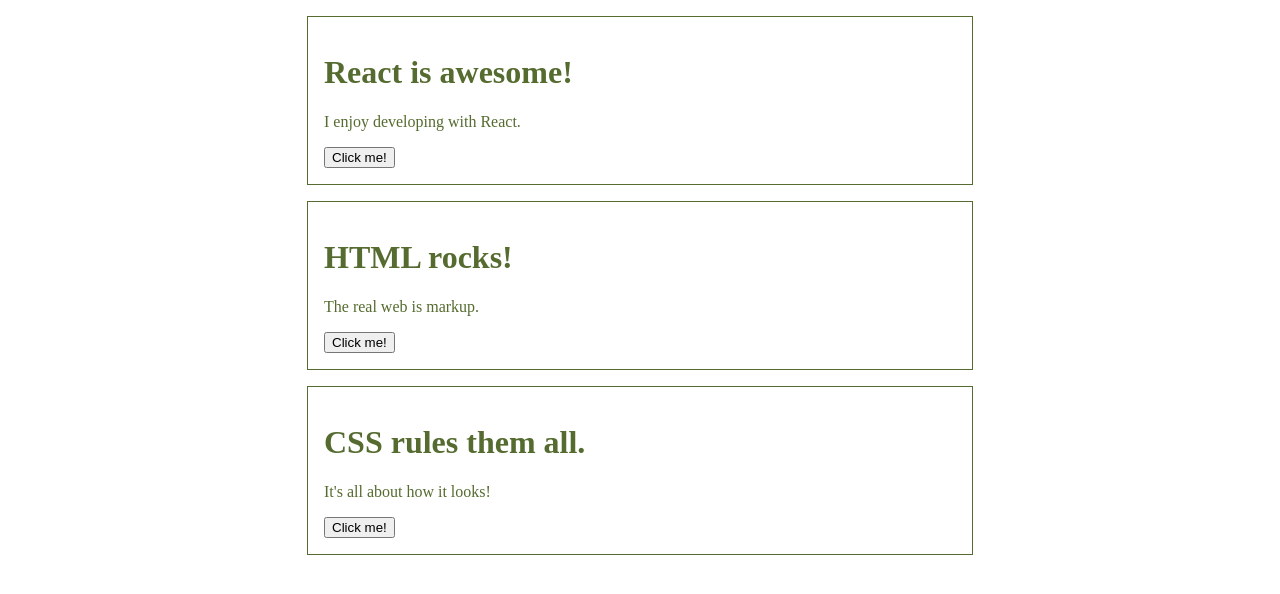
Repository: j1s00jang/frontend_bookstore
Page: /
The author's editor kept a copy of each file at every save. The page is drawn from the files as they stood at one save, then again after the next save.
The browser window is 1280 px wide. The pictures show the whole page.
The project was rebuilt for these pictures with package versions that can differ from the ones it lists, and the page was loaded fresh each time. Also part of the build but not shown: vite.config.js.

Above is the page before, as saved 2025-09-08 16:02:55.

### index.html
<!DOCTYPE html>
<html lang="en">
    <head>
        <meta charset="UTF-8" />
        <link
            rel="icon"
            type="image/svg+xml"
            href="/favicon.ico"
        />
        <meta
            name="viewport"
            content="width=device-width, initial-scale=1.0"
        />
        <title>Let's grab a bagel with Shema!</title>
    </head>
    <body>
        <div id="root">
            <!-- YOUR APPLICATION LIVES HERE -->
        </div>
        <script
            type="module"
            src="/src/main.jsx"
        ></script>
    </body>
</html>

### src/index.css
.excerpt {
    width: 50%;
    padding: 1em;
    margin: 1em auto;
    border: 1px solid;
    color: darkolivegreen;
}

### src/App.jsx
function App() {
    return (
        <div>
            <Excerpt
                title="React is awesome!"
                body="I enjoy developing with React."
            />
            <Excerpt
                title="HTML rocks!"
                body="The real web is markup."
            />
            <Excerpt
                title="CSS rules them all."
                body="It's all about how it looks!"
            />
        </div>
    );
}

function Excerpt(props) {
    return (
        <div className="excerpt">
            <h1>{props.title}</h1>
            <p>{props.body}</p>
            <button>Click me!</button>
        </div>
    );
}
export default App;

Loaded but not shown: src/main.jsx (common file)

After the next save:
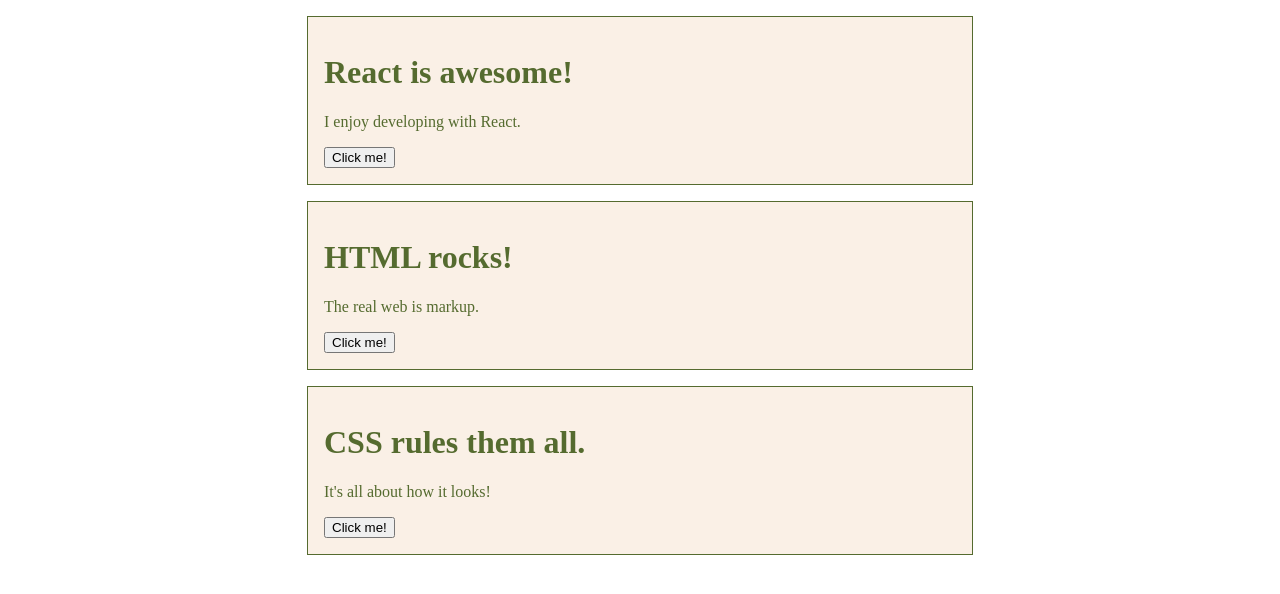
Saved 16 s later.
--- a/src/index.css
+++ b/src/index.css
@@ -4,4 +4,5 @@
     margin: 1em auto;
     border: 1px solid;
     color: darkolivegreen;
+    background-color: linen;
 }
